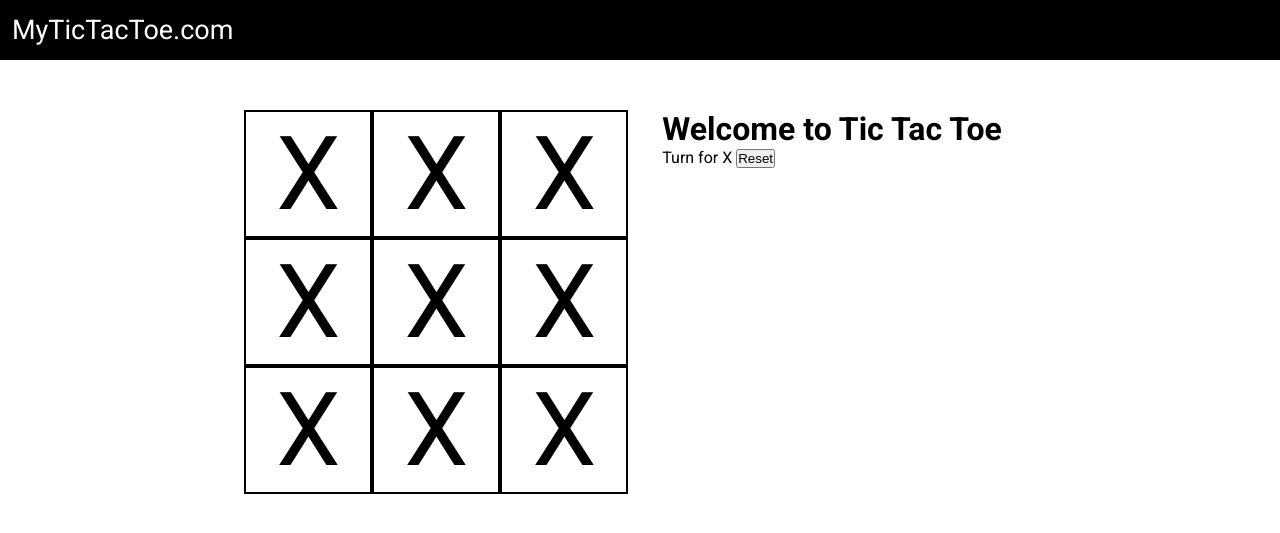
Repository: AshwinUgale/TicTacToe
Page: index.html
These files come from the project's save history. The page is drawn as it stood at one moment and after the next save; the edit follows.
The browser window is 1280 px wide. The pictures show the whole page.

Above is the page before, as saved 2024-12-19 09:59:15.

After the next save:
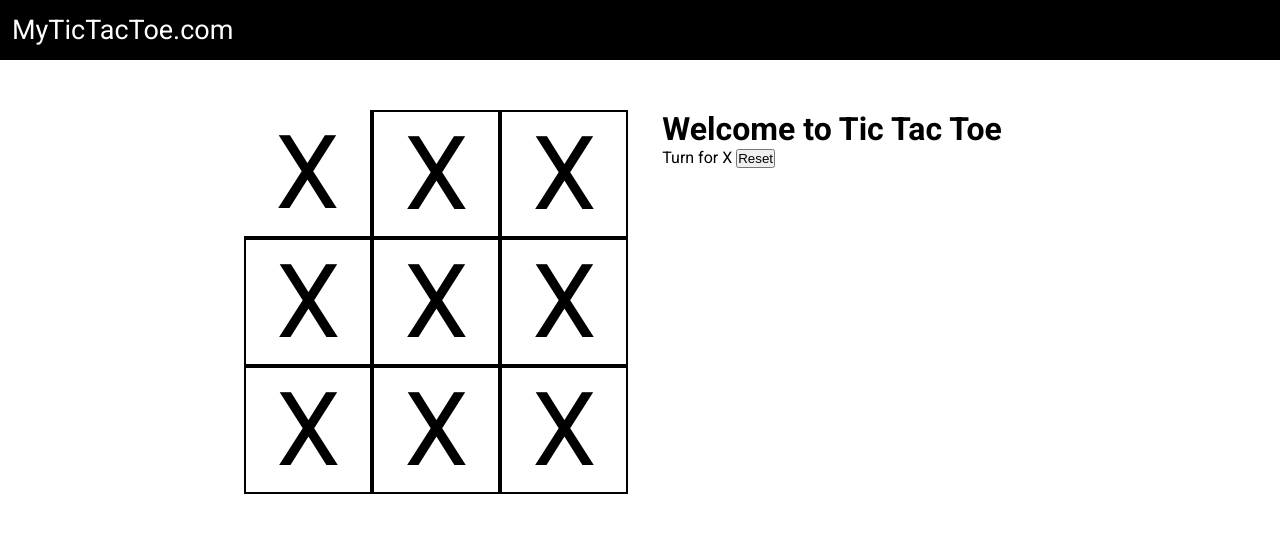
Saved 5 min 34 s later.
--- a/index.html
+++ b/index.html
@@ -14,7 +14,7 @@
     </nav>
     <div class="gameContainer">
       <div class="container">
-        <div class="box"><span class="boxtext">X</span></div>
+        <div class="box bt-0 bl-0 "><span class="boxtext">X</span></div>
         <div class="box"><span class="boxtext">X</span></div>
         <div class="box"><span class="boxtext">X</span></div>
         <div class="box"><span class="boxtext">X</span></div>
